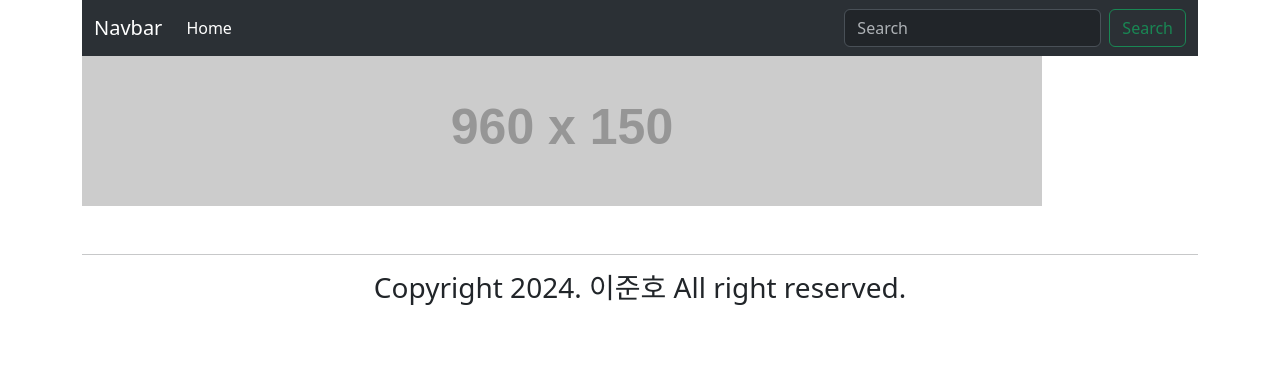
Repository: Simon-JunhoLee/KOSMO_JSP
Page: http://localhost/ex01/
The author's editor kept a copy of each file at every save. The page is drawn from the files as they stood at one save, then again after the next save.
The browser window is 1280 px wide. The pictures show the whole page.
The page is served by Tomcat 9.

Above is the page before, as saved 2024-04-29 02:00:02.

After the next save:
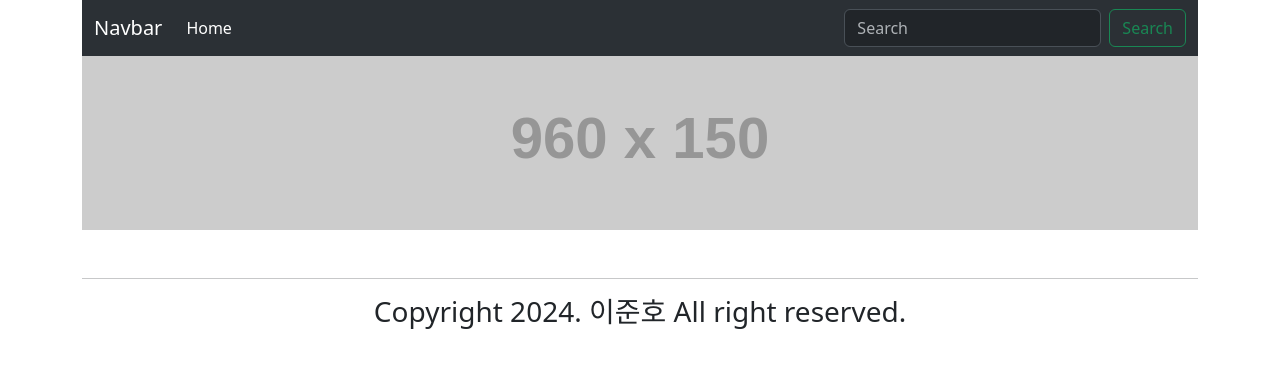
Saved 14 s later.
--- a/ex01/src/main/webapp/top.jsp
+++ b/ex01/src/main/webapp/top.jsp
@@ -1,5 +1,5 @@
 <%@ page language="java" contentType="text/html; charset=UTF-8"
     pageEncoding="UTF-8"%>
 <div>
-	<img alt="" src="http://via.placeholder.com/960x150">
+	<img alt="" src="http://via.placeholder.com/960x150" width="100%">
 </div>
